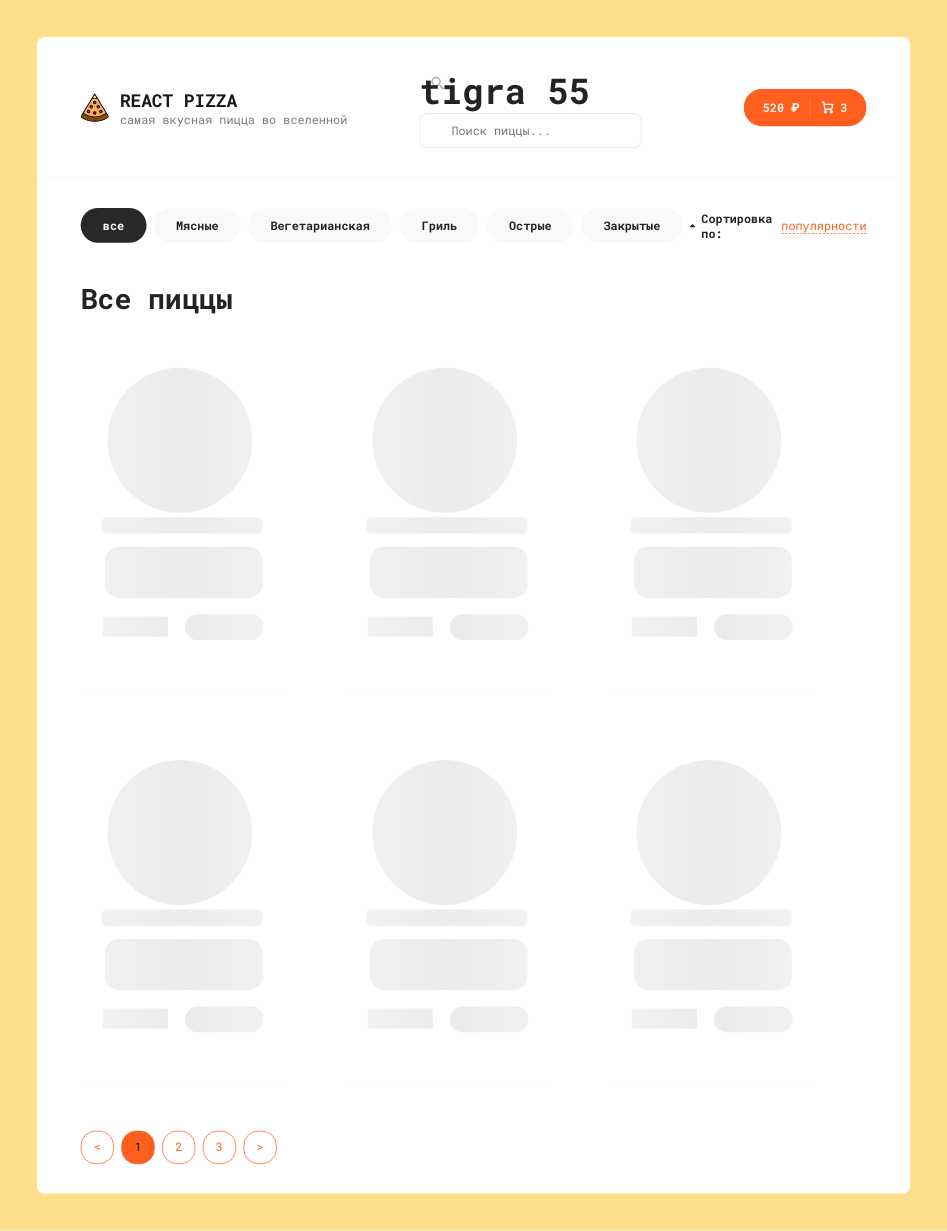
Repository: TI-IT/react-pizza2
Page: /
The author's editor kept a copy of each file at every save. The page is drawn from the files as they stood at one save, then again after the next save.
The browser window is 1280 px wide. The pictures show the whole page, at 74% of full size.
The page's requests for data from a server got no answer. The project was rebuilt for these pictures with package versions that can differ from the ones it lists, and the page was loaded fresh each time. No one was signed in, and anything a server would have sent is missing. Also part of the build but not shown: src/components/PizzaBlock.jsx, src/pages/Cart.jsx, src/components/NotFoundBlock/NotFounBlock.module.scss, src/components/NotFoundBlock/index.jsx, src/pages/NotFound.tsx.

Above is the page before, as saved 2022-10-16 09:31:44.

After the next save:
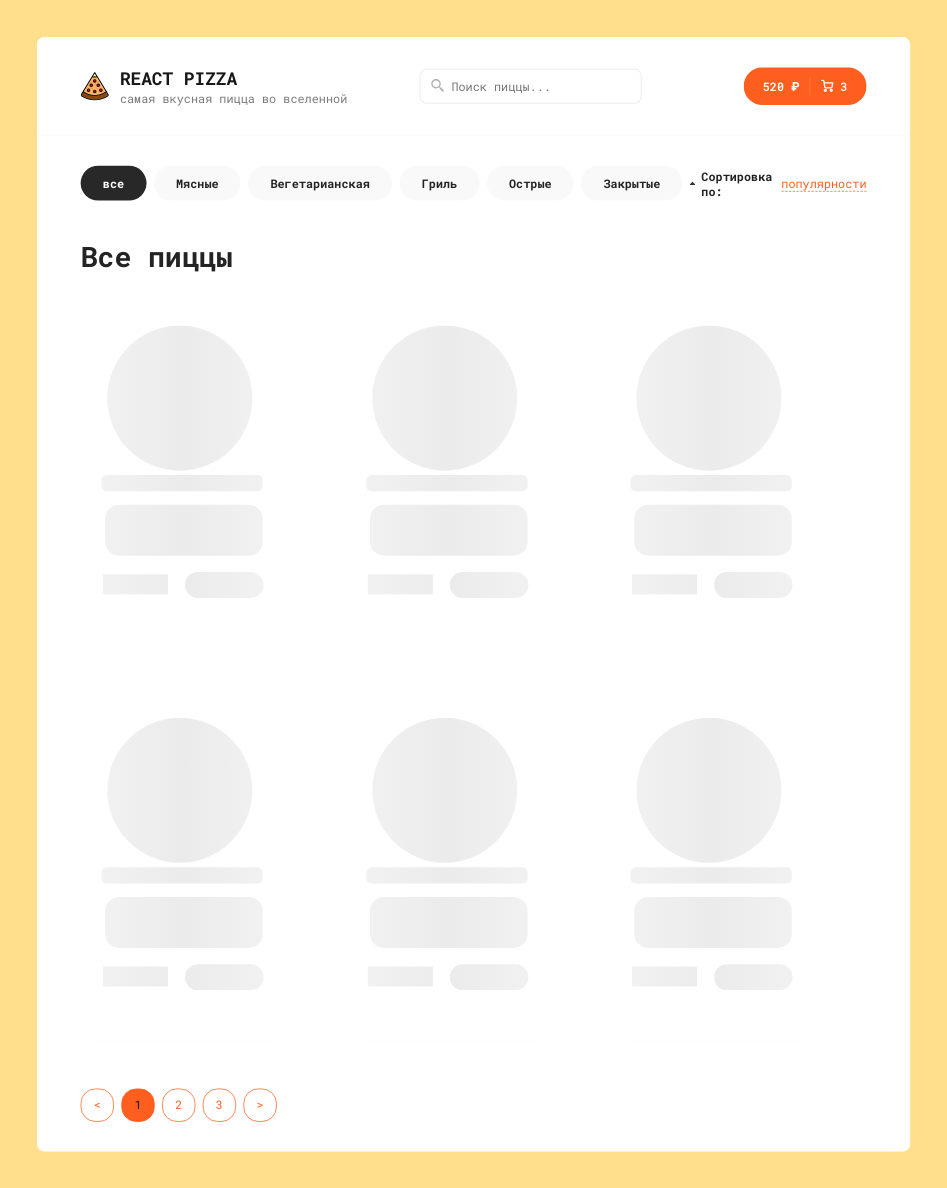
Saved 14 s later.
--- a/src/components/Search/index.jsx
+++ b/src/components/Search/index.jsx
@@ -3,12 +3,9 @@ import styles from './Search.module.scss'
 import { SearchContext } from '../../App'
 
 const Search = () => {
-  const { searchValue, setSearchValue, tt } = React.useContext(SearchContext)
+  const { searchValue, setSearchValue } = React.useContext(SearchContext)
   return (
     <div className={styles.root}>
-      <h1>
-        {tt.name} {tt.id}
-      </h1>
       <svg
         className={styles.icon}
         height="24"
